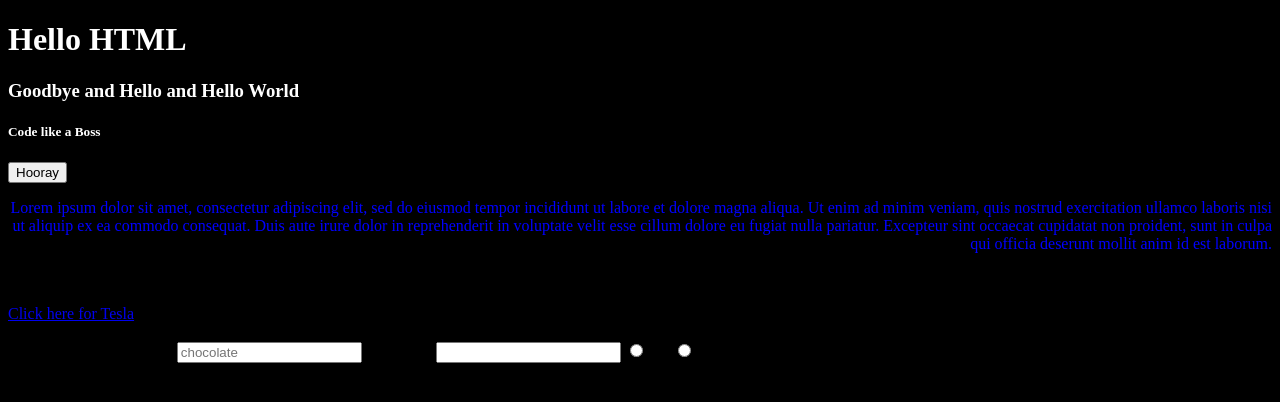
Repository: amilevich/1028PegaUSF
Page: workspace-sts-3.9.4.RELEASE/HelloHTML/src/main/webapp/index.html
The author's editor kept a copy of each file at every save. The page is drawn from the files as they stood at one save, then again after the next save.
The browser window is 1280 px wide. The pictures show the whole page.

Above is the page before, as saved 2019-11-21 20:17:52.

### workspace-sts-3.9.4.RELEASE/HelloHTML/src/main/webapp/index.html
<!DOCTYPE html>
<html>
<head>
<meta charset="UTF-8">
<title>Super Amazing Web Page</title>
</head>
<body style= "background-color: black">
<div style="color: white">
	<h1>Hello HTML</h1>
	<h3>Goodbye and Hello and Hello World</h3>
	<h5>Code like a Boss</h5>
</div>
	<button>Hooray</button>

	<!-- span element is for inline elements and is usually used for small chunks of HTML vs div element is block-line and is used to group larger chunks of code -->

	<!-- This is a comment -->

	<p style= "color: blue; text-align: right" >Lorem ipsum dolor sit amet, consectetur adipiscing elit, sed do
		eiusmod tempor incididunt ut labore et dolore magna aliqua. Ut enim ad
		minim veniam, quis nostrud exercitation ullamco laboris nisi ut
		aliquip ex ea commodo consequat. Duis aute irure dolor in
		reprehenderit in voluptate velit esse cillum dolore eu fugiat nulla
		pariatur. Excepteur sint occaecat cupidatat non proident, sunt in
		culpa qui officia deserunt mollit anim id est laborum.</p>

		<img src="">

		<br/>
		<br/>

	<a href="tesla.com">Click here for Tesla</a>

	<br/>
	<br/>

	<form>
	Da Best ice-cream flavor:
	<input type="text" placeholder="chocolate"/>
	Password:
	<input type="password"/>
	<input type="radio"/>Yes
	<input type="radio"/>No

	</form>

</body>
</html>

After the next save:
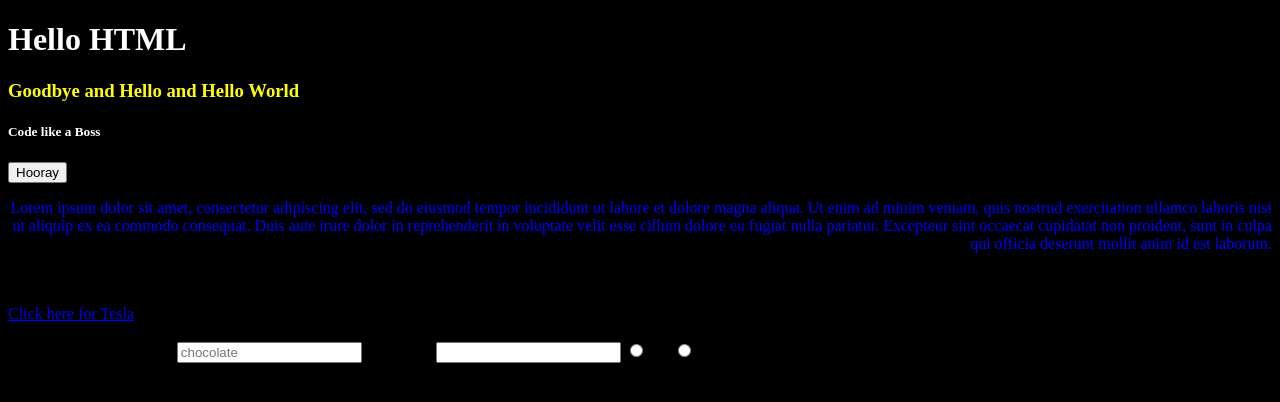
Saved 61 s later.
--- a/workspace-sts-3.9.4.RELEASE/HelloHTML/src/main/webapp/index.html
+++ b/workspace-sts-3.9.4.RELEASE/HelloHTML/src/main/webapp/index.html
@@ -7,7 +7,7 @@
 <body style= "background-color: black">
 <div style="color: white">
 	<h1>Hello HTML</h1>
-	<h3>Goodbye and Hello and Hello World</h3>
+	<h3 style="color:yellow">Goodbye and Hello and Hello World</h3>
 	<h5>Code like a Boss</h5>
 </div>
 	<button>Hooray</button>
